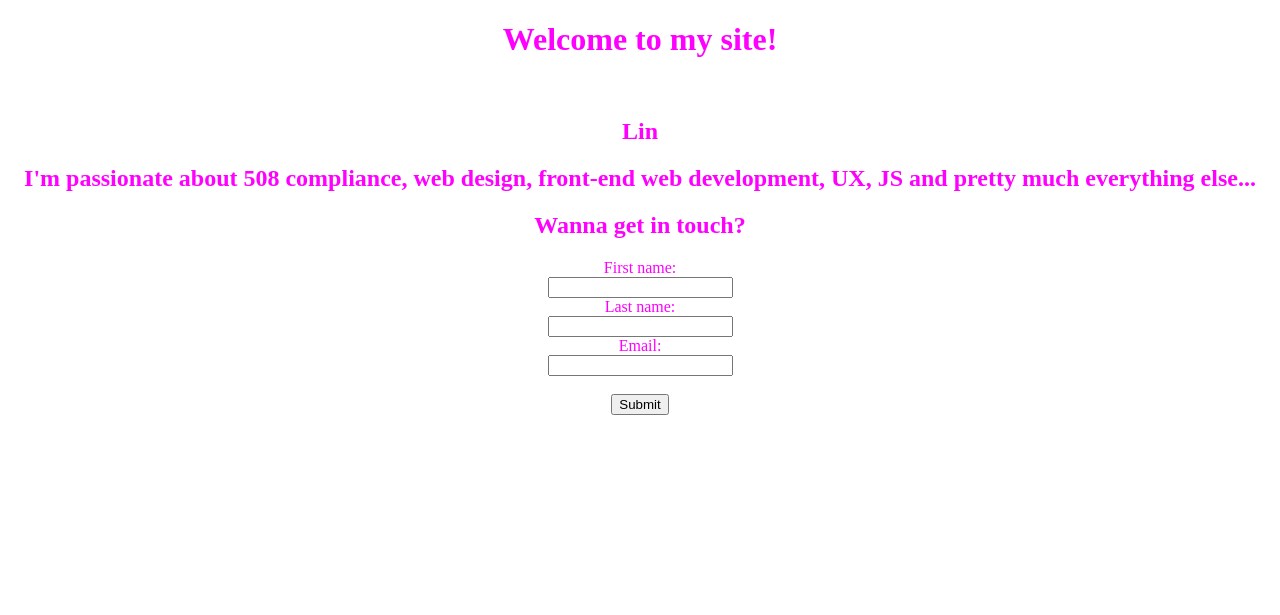
Repository: jasvr/jasvr.io
Page: index.html
The author's editor kept a copy of each file at every save. The page is drawn from the files as they stood at one save, then again after a run of saves.
The browser window is 1280 px wide. The pictures show the whole page.

Above is the page before, as saved 2020-01-09 19:56:38.

### index.html
<!DOCTYPE html>
<html lang="en">
<head>
    <meta charset="UTF-8">
    <meta name="viewport" content="width=device-width, initial-scale=1.0">
    <meta http-equiv="X-UA-Compatible" content="ie=edge">
    <title>Jasmin Vargas</title>
    <link href="style.css" type="text/css" rel="stylesheet">
</head>
<body>
    <h1>Welcome to my site!</h1>
    <br>
    <h2>Lin</h2>
    <h2>I'm passionate about 508 compliance, web design, front-end web development, UX, JS and pretty much everything else...</h2>

    <h2>Wanna get in touch?</h2>
    <form>
        First name:<br>
        <input type="text" name="firstname"><br>
        Last name:<br>
        <input type="text" name="lastname"><br>
        Email:<br>
        <input type="text" name="email"><br><br>
        <input type="submit" value="Submit">
    </form>
</body>
</html>

### style.css
body{
color:magenta;
text-align:center;
}

*:focus{
    outline: 0;
    box-shadow: 0 0 10px #eb0486;
    border-color: #eb0486;
}

a:focus{
    color: #eb0486;
    font-weight: bold;
}

.button:focus{
    background-color: #eb0486;

}

After the next 2 saves:
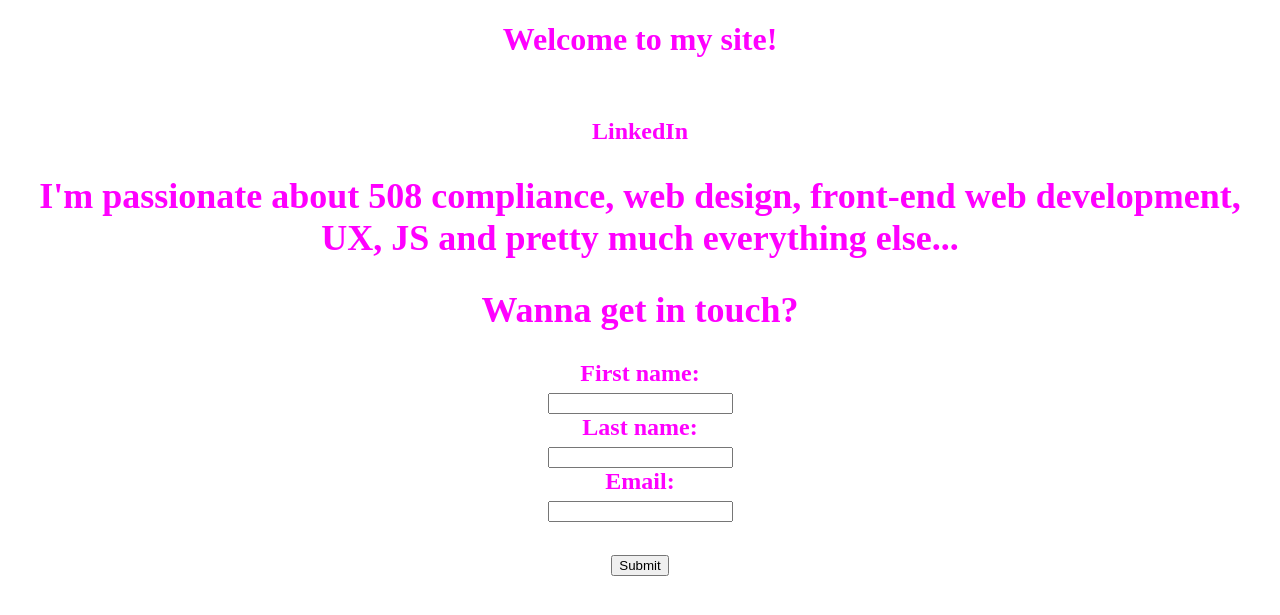
The 2 saves are shown as one change because they came seconds apart.
The last was saved 5 s later.
--- a/index.html
+++ b/index.html
@@ -10,7 +10,7 @@
 <body>
     <h1>Welcome to my site!</h1>
     <br>
-    <h2>Lin</h2>
+    <h2>LinkedIn<a</h2>
     <h2>I'm passionate about 508 compliance, web design, front-end web development, UX, JS and pretty much everything else...</h2>
 
     <h2>Wanna get in touch?</h2>
